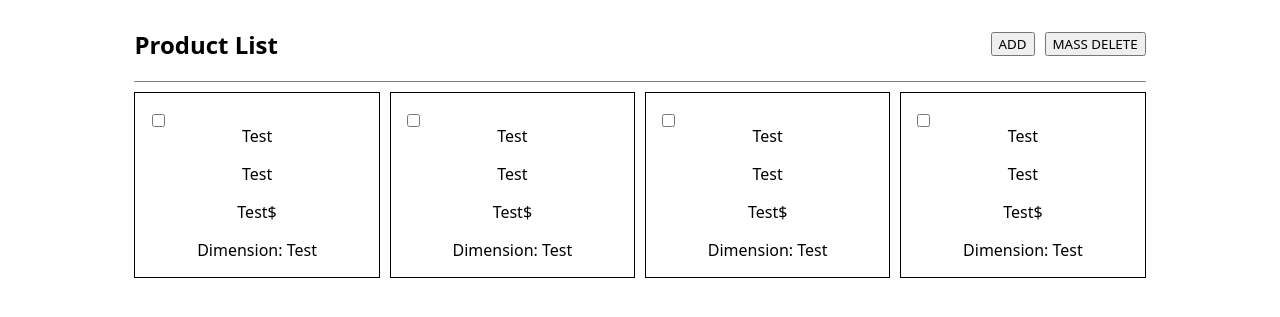
Repository: gabyto19/scandiweb
Page: http://localhost/
The author's editor kept a copy of each file at every save. The page is drawn from the files as they stood at one save, then again after the next save.
The browser window is 1280 px wide. The pictures show the whole page.
The page is run by PHP 8.4 with error messages shown; the project is at /var/www/html/.

Above is the page before, as saved 2023-03-07 18:34:16.

### index.php
<!DOCTYPE html>
<html lang="en">

<head>
  <meta charset="UTF-8" />
  <meta name="viewport" content="width=device-width, initial-scale=1.0" />
  <title>Vue Basics</title>
  <link href="https://fonts.googleapis.com/css2?family=Jost:wght@400;700&display=swap" rel="stylesheet" />
  <link rel="stylesheet" href="styles.css" />
  <script src="https://unpkg.com/vue@next" defer></script>
  <script src="https://unpkg.com/vue@3/dist/vue.global.js"></script>
</head>

<body>
  <section id="app">
    <nav>
      <h2>Product List</h2>
      <div class="rightButtons">
        <button><a style="text-decoration: none; color: black" href="addPage.php">ADD</a>
        </button>
        <button class="delete-checkbox" id="delete-product-btn">MASS DELETE</button>
      </div>
    </nav>


    <div class="grid-container">
      <div>
        <input type="checkbox" id="delete-checkbox" class="delete-checkbox" />
        <p>Test</p>
        <p>Test</p>
        <p>Test$</p>
        <p>Dimension: Test</p>
      </div>
      <div>
        <input type="checkbox" id="delete-checkbox" class="delete-checkbox" />
        <p>Test</p>
        <p>Test</p>
        <p>Test$</p>
        <p>Dimension: Test</p>
      </div>
      <div>
        <input type="checkbox" id="delete-checkbox" class="delete-checkbox" />
        <p>Test</p>
        <p>Test</p>
        <p>Test$</p>
        <p>Dimension: Test</p>
      </div>
      <div>
        <input type="checkbox" id="delete-checkbox" class="delete-checkbox" />
        <p>Test</p>
        <p>Test</p>
        <p>Test$</p>
        <p>Dimension: Test</p>
      </div>
    </div>
  </section>

  <script src="https://unpkg.com/vue@3/dist/vue.global.js"></script>
  <script src="index.js"></script>

</body>

</html>
<style scoped>
  .rightButtons button:first-child {
    margin-right: 10px;
  }

  .grid-container {
    display: grid;
    grid-template-columns: auto auto auto auto;
    gap: 10px;
    padding: 10px;
    width: 80%;
    margin: auto;
  }

  .grid-container>div {
    text-align: center;
    border: solid 1px;
  }
  .grid-container input{
    display: block;
    position: relative;
    left: 5%;
    top: 10%;
  }
</style>

### styles.css
nav {
    width: 80%;
    display: flex;
    justify-content: space-between;
    align-items: center;
    margin: auto;
    border-bottom: solid 1px gray;
  }

  * {
    font-family: system-ui;
  }

### index.js
Vue.createApp({
  data() {
    return {
      sku:"",
      name:"",
      price:"",
      dimension:"",
    };
  },
}).mount("#app");

After the next save:
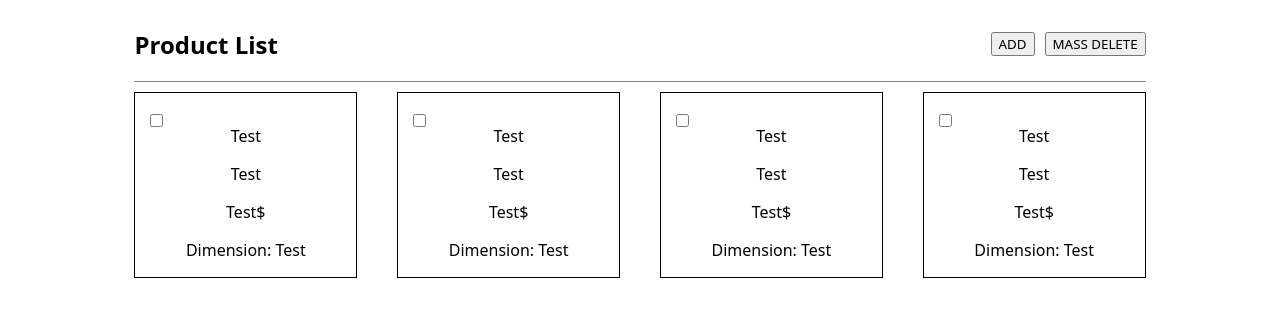
Saved 37 s later.
--- a/index.php
+++ b/index.php
@@ -69,7 +69,7 @@
   .grid-container {
     display: grid;
     grid-template-columns: auto auto auto auto;
-    gap: 10px;
+    gap: 40px;
     padding: 10px;
     width: 80%;
     margin: auto;
